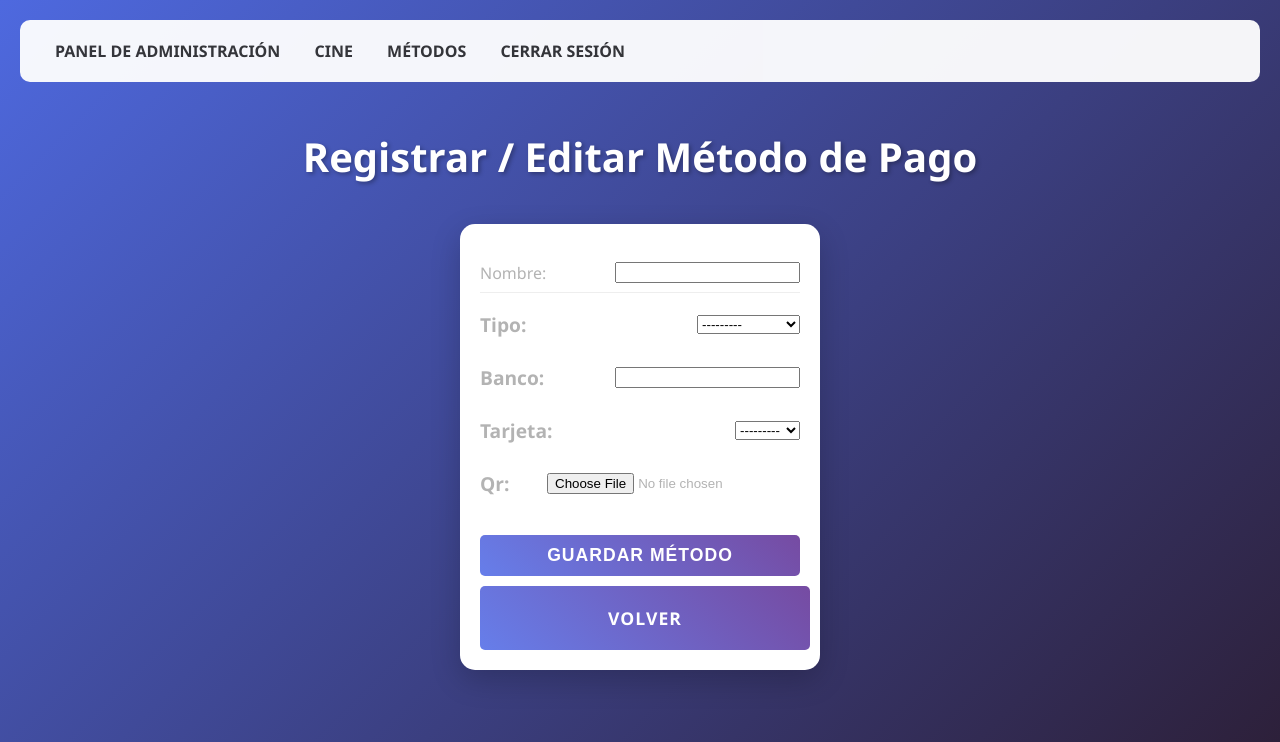
Repository: RoyScc/Practico-Django
Page: http://localhost/metodos/crear
These files come from the project's save history. The page is drawn as it stood at one moment and after the next save; the edit follows.
The browser window is 1280 px wide. The pictures show the whole page.
The page is served by the project's application, run on Django 5.2 (manage.py). A made-up administrator, testuser (Test User, test@example.com), is signed in.

Above is the page before, as saved 2026-06-03 10:20:34.

After the next save:
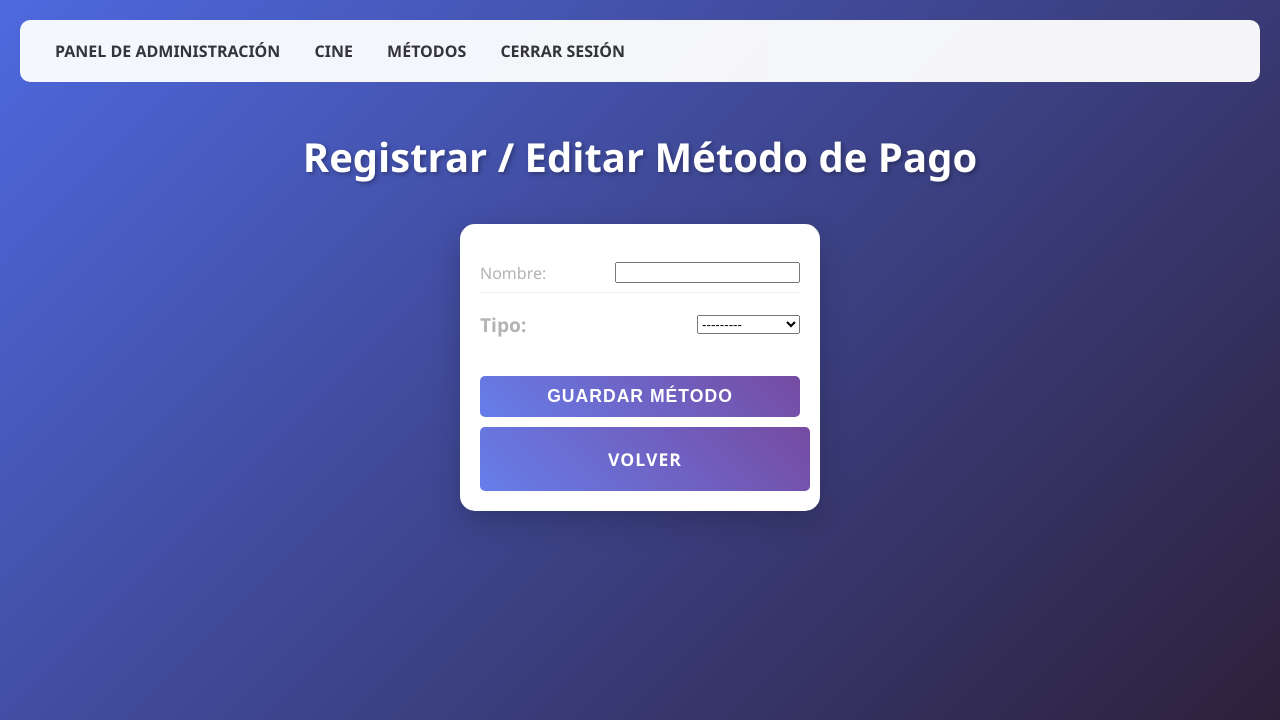
Saved 25 s later.
--- a/tickets/templates/tickets/crear_metodo_pago.html
+++ b/tickets/templates/tickets/crear_metodo_pago.html
@@ -46,6 +46,34 @@
         </div>
     </div>
     <br>
+    <script>
+document.addEventListener('DOMContentLoaded', function() {
 
+    const tipo = document.getElementById('id_tipo');
+
+    const banco = document.getElementById('banco-container');
+    const tarjeta = document.getElementById('tarjeta-container');
+    const qr = document.getElementById('qr-container');
+
+    function actualizarFormulario() {
+
+        banco.style.display = 'none';
+        tarjeta.style.display = 'none';
+        qr.style.display = 'none';
+
+        if (tipo.value === 'BANCO') {
+            banco.style.display = 'block';
+            tarjeta.style.display = 'block';
+        }
+
+        if (tipo.value === 'QR') {
+            qr.style.display = 'block';
+        }
+    }
+
+    actualizarFormulario();
+    tipo.addEventListener('change', actualizarFormulario);
+});
+</script>
 
 {% endblock %}
